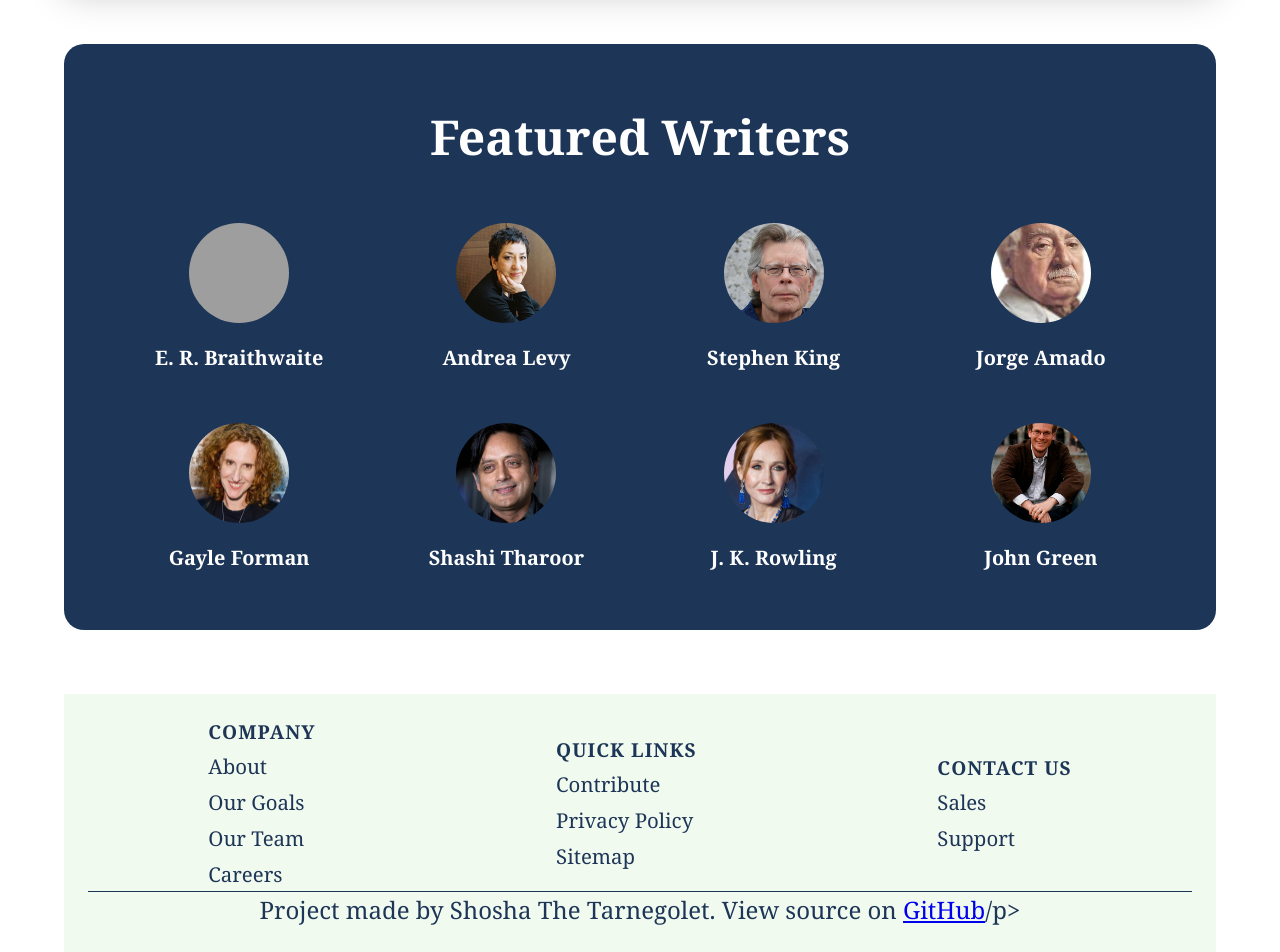
Repository: ShoshaTheTarnegolet/landing-page
Page: index.html
An editor plug-in stored every save of this project. The page is shown before and after the next save, followed by the edit.
The browser window is 1280 px wide. The pictures show the part of the page from y = 3209 to 4161 px (the page is 4161 px tall).
Pictures or frames that could not be fetched are drawn as grey boxes. A picture or video elsewhere on the page could not be fetched, so the positions and the page height are approximate. Some web libraries are served in a nearby version.

Above is the page before, as saved 2021-12-30 14:47:33.

### index.html
<!DOCTYPE html>
<html lang="en">
  <head>
    <meta charset="UTF-8" />
    <meta http-equiv="X-UA-Compatible" content="IE=edge" />
    <meta name="viewport" content="width=device-width, initial-scale=1.0" />
    <script src="https://kit.fontawesome.com/d8ab0e903f.js"></script>
    <link rel="stylesheet" href="./style.css" />

    <title>BookPad. Home of books and podcasts</title>
  </head>
  <body>

    <div class="container">
      <!-- header -->
      <header>
        <!-- navbar -->
        <nav class="navbar">
          <div class="nav-logo"><h1 class="logo">BookPod</h1></div>

          <!-- hamburger -->
          <button id="nav-button" class="navbar-toggler" type="button" data-bs-toggle="collapse" aria-expanded="false" aria-label="Toggle navigation">
            <svg class="nav-ham" viewBox="0 0 100 100" width="50" onclick="this.classList.toggle('active')">
              <path class="nav-ham-line top" d="m 30,33 h 40 c 0,0 9.044436,-0.654587 9.044436,-8.508902 0,-7.854315 -8.024349,-11.958003 -14.89975,-10.85914 -6.875401,1.098863 -13.637059,4.171617 -13.637059,16.368042 v 40" />
              <path class="nav-ham-line middle" d="m 30,50 h 40" />
              <path class="nav-ham-line bottom" d="m 30,67 h 40 c 12.796276,0 15.357889,-11.717785 15.357889,-26.851538 0,-15.133752 -4.786586,-27.274118 -16.667516,-27.274118 -11.88093,0 -18.499247,6.994427 -18.435284,17.125656 l 0.252538,40" />
            </svg>
          </button>
<!-- nav-links -->
          <ul class="nav-links" id="links">
            <li><a href="#">Home</a></li>
            <li><a href="#">Categories</a></li>
            <li><a href="#">Podcasts</a></li>
          </ul>
<!-- search -->
          <div class="search" id="search">
            <input name="search" placeholder="Search..." type="search" />
          </div>
        </nav>
      </header>

      <!-- hero section-->
      <section class="hero">
        <h1 class="hero-title">BookPod</h1>
        <p>Home of <span>100,000+</span> books and podcasts</p>
        <p>Get the latest book and listen to the latest podcasts all in one place</p>
        <a href="#" class="hero-btn">Get Started</a>
      </section>

      <!-- about section -->
      <section id="about" class="block about-block">
          <div class="row">
<!-- image block -->
            <div class="about-image-block">
              <div class="row">
                <div class="col-6">
                  <div class="block-animate-image image-right">
                    <img src="  https://images.unsplash.com/photo-1518281579100-d51bcf505b0e?ixlib=rb-1.2.1&ixid=MnwxMjA3fDB8MHxwaG90by1wYWdlfHx8fGVufDB8fHx8&auto=format&fit=crop&w=687&q=80" alt="books picture" class=" about-block-image" />
                  </div>
                </div>

                <div class="col-6">
                  <div class="block-animate-image image-left">
                    <img src="https://images.unsplash.com/photo-1513001900722-370f803f498d?ixlib=rb-1.2.1&ixid=MnwxMjA3fDB8MHxwaG90by1wYWdlfHx8fGVufDB8fHx8&auto=format&fit=crop&w=687&q=80" alt="books picture" class=" about-block-image" />
                  </div>
                </div>
              </div>
            </div>
<!-- about text block -->
            <div class="about-text-block">
              <h2 class="about-header">Our goals</h2>
              <p>BookPod team want our unique collections of books and podcasts to be available when, where and how users need them.
                We make
               One of our goals is to inspire learning, research and discovery by bringing together knowledge, information and people. And make it free for evryone.
               We  want you to be able not only to read the books, but also to hear the authors of these books.</p>
            </div>
          </div>
      </section>

<!-- quote section -->
      <section  id="quote">
          <h2 class="about-header">Quote of the day</h2>
         <div class="quote-block block-quote-animate">
            <h2 class="quote-text">“We’re all like children, Rikke. The older you get, the more you realise the grown-ups won’t suddenly walk in and set things right. You want things right, you have to put ’em right yourself.”</h2>
            <h3 class="quote-author">Joe Abercrombie</h3>
         </div>
      </section>

      <!-- podcasts section -->
      <section id='podcasts'>
        <h2 class="about-header">Popular Podcasts</h2>
        <div class="row-podcasts">
          <!-- card1 -->
          <div class="card" id="card1">
            <div class="card-block">
              <a href="#" class='card-link'>
              <div class="card-header">
                <ul class="card-link-icons">
                  <li>
                    <a href="#" class="fa fa-bookmark-o"></a>
                  </li>
                  <li><a href="#" class="fa fa-heart-o"><span>28</span></a></li>
                  <li><a href="#" class="fa fa-comment-o"><span>5</span></a></li>
                </ul>
                <div class="card-time-block">
                  <svg class="card-clock"  viewBox="0 0 24 24"><path d="M12,20A7,7 0 0,1 5,13A7,7 0 0,1 12,6A7,7 0 0,1 19,13A7,7 0 0,1 12,20M19.03,7.39L20.45,5.97C20,5.46 19.55,5 19.04,4.56L17.62,6C16.07,4.74 14.12,4 12,4A9,9 0 0,0 3,13A9,9 0 0,0 12,22C17,22 21,17.97 21,13C21,10.88 20.26,8.93 19.03,7.39M11,14H13V8H11M15,1H9V3H15V1Z" />
                  </svg><span class="card-time">29 min</span>
                </div>
              </div>
              <div class="card-content">
                <div class="hidden-content">
                  <div class="date">
                    <span class="day">22</span>
                    <span class="month">Dec</span>
                    <span class="year">2021</span>
                  </div>
                  <h5 class="card-title">Funny mistakes in translations of religious books</h5>
                </div>
              </div>
            </a>
            </div>
          </div>
 <!-- card2 -->
          <div class="card" id="card2">
            <div class="card-block">
              <a href="#" class='card-link'>
              <div class="card-header">
                <ul class="card-link-icons">
                  <li>
                    <a href="#" class="fa fa-bookmark-o"></a>
                  </li>
                  <li><a href="#" class="fa fa-heart-o"><span>7</span></a></li>
                  <li><a href="#" class="fa fa-comment-o"><span></span></a></li>
                </ul>
                <div class="card-time-block">
                  <svg class="card-clock"  viewBox="0 0 24 24"><path d="M12,20A7,7 0 0,1 5,13A7,7 0 0,1 12,6A7,7 0 0,1 19,13A7,7 0 0,1 12,20M19.03,7.39L20.45,5.97C20,5.46 19.55,5 19.04,4.56L17.62,6C16.07,4.74 14.12,4 12,4A9,9 0 0,0 3,13A9,9 0 0,0 12,22C17,22 21,17.97 21,13C21,10.88 20.26,8.93 19.03,7.39M11,14H13V8H11M15,1H9V3H15V1Z" />
                  </svg><span class="card-time">10 min</span>
                </div>
              </div>
              <div class="card-content">
                <div class="hidden-content">
                  <div class="date">
                    <span class="day">12</span>
                    <span class="month">Dec</span>
                    <span class="year">2021</span>
                  </div>
                  <h5 class="card-title">Hygge. I tried it, I liked it</h5>
                </div>
              </div>
            </a>
            </div>
          </div>
 <!-- card3 -->
          <div class="card " id="card3">
            <div class="card-block">
              <a href="#" class='card-link'>
              <div class="card-header">
                <ul class="card-link-icons">
                  <li>
                    <a href="#" class="fa fa-bookmark-o"></a>
                  </li>
                  <li><a href="#" class="fa fa-heart-o"><span>1</span></a></li>
                  <li><a href="#" class="fa fa-comment-o"><span>56</span></a></li>
                </ul>
                <div class="card-time-block">
                  <svg class="card-clock"  viewBox="0 0 24 24"><path d="M12,20A7,7 0 0,1 5,13A7,7 0 0,1 12,6A7,7 0 0,1 19,13A7,7 0 0,1 12,20M19.03,7.39L20.45,5.97C20,5.46 19.55,5 19.04,4.56L17.62,6C16.07,4.74 14.12,4 12,4A9,9 0 0,0 3,13A9,9 0 0,0 12,22C17,22 21,17.97 21,13C21,10.88 20.26,8.93 19.03,7.39M11,14H13V8H11M15,1H9V3H15V1Z" />
                  </svg><span class="card-time">30 min</span>
                </div>
              </div>
              <div class="card-content">
                <div class="hidden-content">
                  <div class="date">
                    <span class="day">31</span>
                    <span class="month">Dec</span>
                    <span class="year">2021</span>
                  </div>
                  <h5 class="card-title">Who the fuck is Ray Bradbury?</h5>
                </div>
              </div>
            </a>
            </div>
          </div>
           <!-- card4 -->
          <div class="card" id="card4">
            <div class="card-block">
              <a href="#" class='card-link'>
              <div class="card-header">
                <ul class="card-link-icons">
                  <li>
                    <a href="#" class="fa fa-bookmark-o"></a>
                  </li>
                  <li><a href="#" class="fa fa-heart-o"><span>17</span></a></li>
                  <li><a href="#" class="fa fa-comment-o"><span>16</span></a></li>
                </ul>
                <div class="card-time-block">
                  <svg class="card-clock"  viewBox="0 0 24 24"><path d="M12,20A7,7 0 0,1 5,13A7,7 0 0,1 12,6A7,7 0 0,1 19,13A7,7 0 0,1 12,20M19.03,7.39L20.45,5.97C20,5.46 19.55,5 19.04,4.56L17.62,6C16.07,4.74 14.12,4 12,4A9,9 0 0,0 3,13A9,9 0 0,0 12,22C17,22 21,17.97 21,13C21,10.88 20.26,8.93 19.03,7.39M11,14H13V8H11M15,1H9V3H15V1Z" />
                  </svg><span class="card-time">26 min</span>
                </div>
              </div>
              <div class="card-content">
                <div class="hidden-content">
                  <div class="date">
                    <span class="day">26</span>
                    <span class="month">Dec</span>
                    <span class="year">2021</span>
                  </div>
                  <h5 class="card-title">Why are we tired of libraries?</h5>
                </div>
              </div>
            </a>
            </div>
          </div>
      </section>

      <!-- authors section -->
      <section class="authors" id="authors">
        <div class="authors-container">
          <h3>Featured Writers</h3>
          <div class="authors-block">
            <div class="author-content">
              <div class="author-image"><img src="./img/braithwaite.jpg" alt="" class="author-img" /></div>
              <h5 class="author-name">E. R. Braithwaite</h5>
            </div>

            <div class="author-content">
              <div class="author-image"><img src="./img/levy.jpg" alt="" class="author-img" /></div>
              <h5 class="author-name">Andrea Levy</h5>
            </div>

            <div class="author-content">
              <div class="author-image"><img src="./img/king.jpg" alt="" class="author-img" /></div>
              <h5 class="author-name">Stephen King</h5>
            </div>

            <div class="author-content">
              <div class="author-image"><img src="./img/Jorge_Amado.jpg" alt="" class="author-img" /></div>
              <h5 class="author-name">Jorge Amado</h5>
            </div>

            <div class="author-content">
              <div class="author-image"><img src="./img/gayle.jpg" alt="" class="author-img" /></div>
              <h5 class="author-name">Gayle Forman</h5>
            </div>
            <div class="author-content">
              <div class="author-image"><img src="./img/shashi-tharoor-4.jpg" alt="" class="author-img" /></div>
              <h5 class="author-name">Shashi Tharoor</h5>
            </div>
            <div class="author-content">
              <div class="author-image"><img src="./img/rowling.jpg" alt="" class="author-img" /></div>
              <h5 class="author-name">J. K. Rowling</h5>
            </div>
            <div class="author-content">
              <div class="author-image"><img src="./img/green.jpg" alt="" class="author-img" /></div>
              <h5 class="author-name">John Green</h5>
            </div>
          </div>
        </div>
      </section>
    </div>

    <!-- Site footer -->

    <footer class="footer">
      <div class="footer-container">
        <nav class="footer-nav">
          <div>
            <h3 class="footer-title">Company</h3>
            <ul>
              <li><a class="footer-link" href="#">About</a></li>
              <li><a class="footer-link" href="#">Our Goals</a></li>
              <li><a class="footer-link" href="#">Our Team</a></li>
              <li><a class="footer-link" href="#">Careers</a></li>
            </ul>
          </div>
          <div>
            <h3 class="footer-title">Quick Links</h3>
            <ul>
              <li><a class="footer-link" href="#">Contribute</a></li>

              <li><a class="footer-link" href="#">Privacy Policy</a></li>
              <li><a class="footer-link" href="#">Sitemap</a></li>
            </ul>
          </div>

          <div>
            <h3 class="footer-title">Contact Us</h3>
            <ul>
              <li><a class="footer-link" href="#">Sales</a></li>
              <li><a class="footer-link" href="#">Support</a></li>
            </ul>
          </div>
        </nav>
      </div>
      <div class="copyright">
        <p>   Project made by Shosha The Tarnegolet. View source on <a href="https://github.com/ShoshaTheTarnegolet/landing-page/">GitHub</a></di>/p>
            </div>
      </footer>
    <script src="./app.js"></script>
  </body>
</html>

Loaded but not shown: app.js (57 lines, source omitted); style.css (926 lines, source omitted)

After the next save:
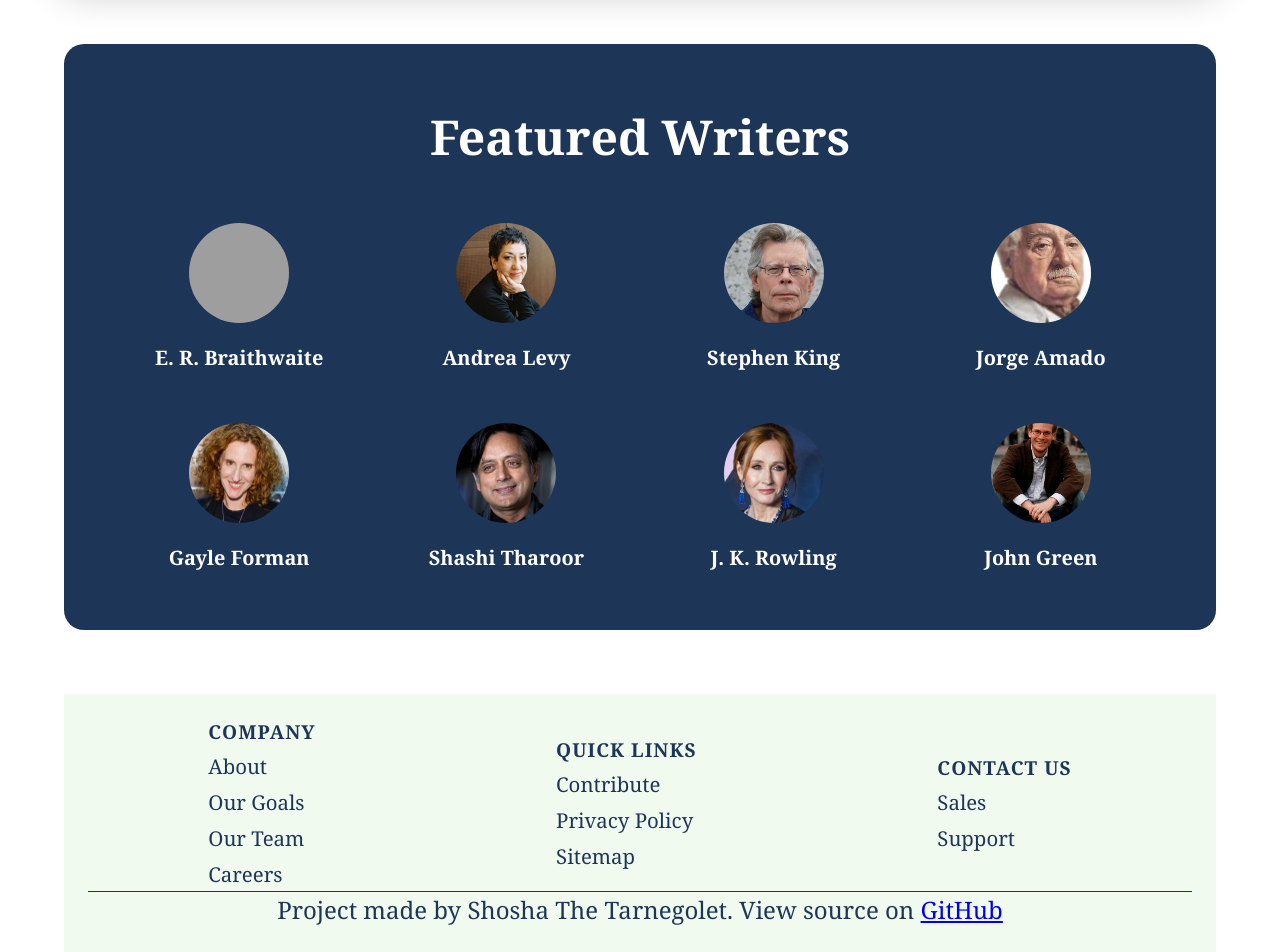
Saved 21 s later.
--- a/index.html
+++ b/index.html
@@ -292,7 +292,7 @@
         </nav>
       </div>
       <div class="copyright">
-        <p>   Project made by Shosha The Tarnegolet. View source on <a href="https://github.com/ShoshaTheTarnegolet/landing-page/">GitHub</a></di>/p>
+        <p>   Project made by Shosha The Tarnegolet. View source on <a href="https://github.com/ShoshaTheTarnegolet/landing-page/">GitHub</a></p>
             </div>
       </footer>
     <script src="./app.js"></script>
